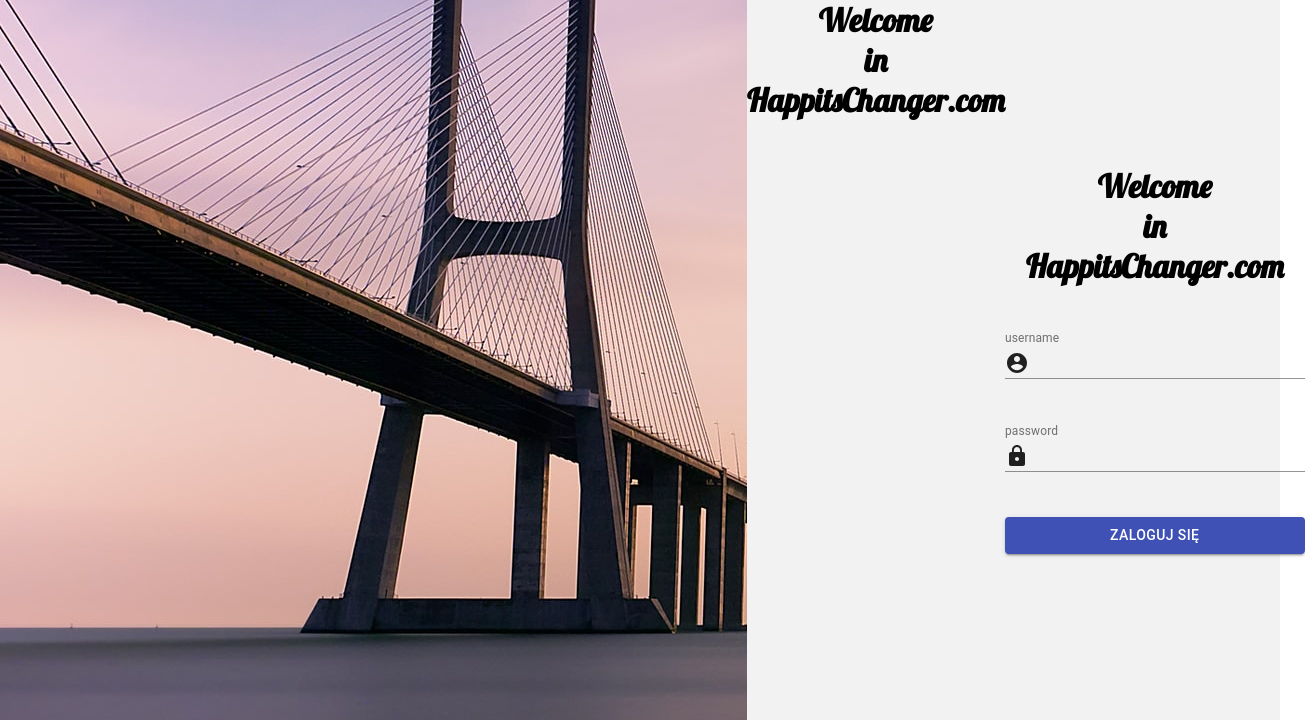
Repository: pgruca96/HappitsChanger
Page: /
The author's editor kept a copy of each file at every save. The page is drawn from the files as they stood at one save, then again after the next save.
The browser window is 1280 px wide. The page is 1305 px wide, so the pictures cover 1305 px, including what lies to the right of the window. The pictures show the whole page.
The project was rebuilt for these pictures with package versions that can differ from the ones it lists, and the page was loaded fresh each time. Also part of the build but not shown: src/components/logo.js, src/containers/mainPage/index.js.

Above is the page before, as saved 2020-11-01 21:14:31.

After the next save:
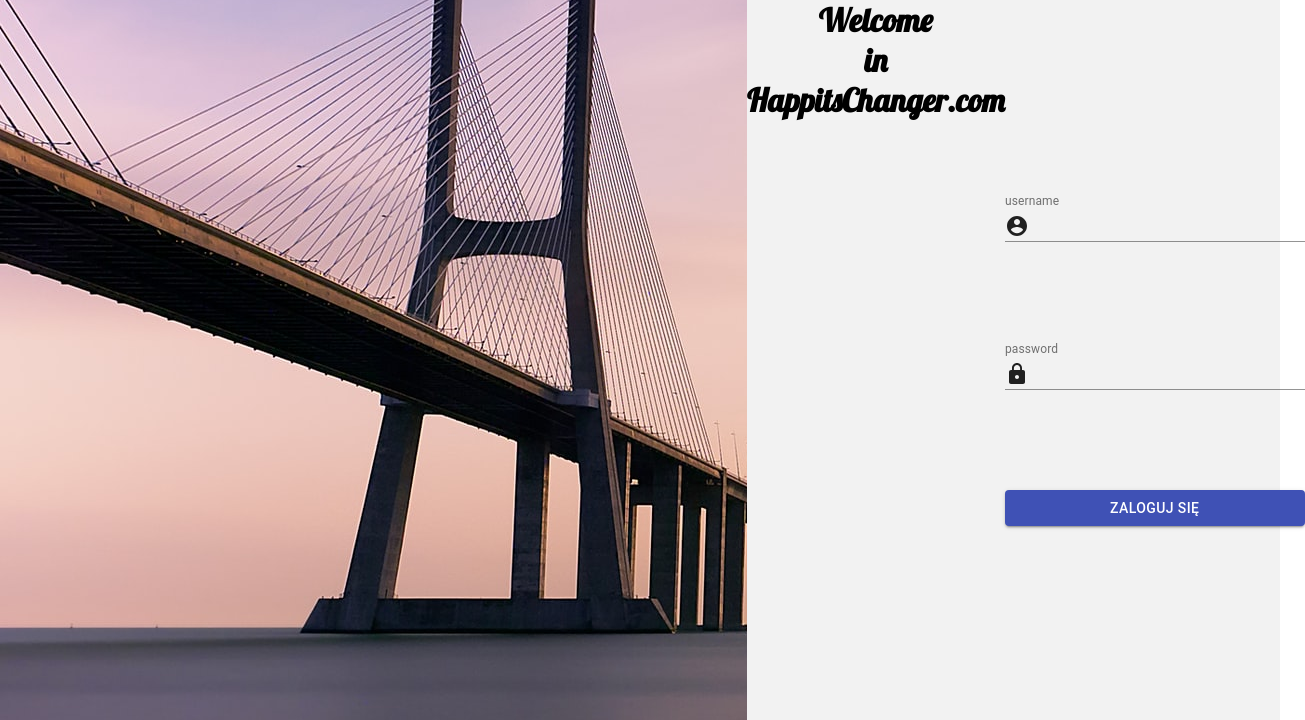
Saved 10 s later.
--- a/src/components/form/index.js
+++ b/src/components/form/index.js
@@ -5,17 +5,11 @@
 import LockIcon from "@material-ui/icons/Lock";
 import Button from "@material-ui/core/Button";
 import { useStyles } from "../../styles/Form";
-import { Header } from "../../styles/h2";
 
 const LoginForm = () => {
   const { form } = useStyles();
   return (
     <form className={form}>
-      <Header>
-        Welcome
-        <br /> in <br />
-        HappitsChanger.com
-      </Header>
       <TextField
         id="username"
         label="username"
